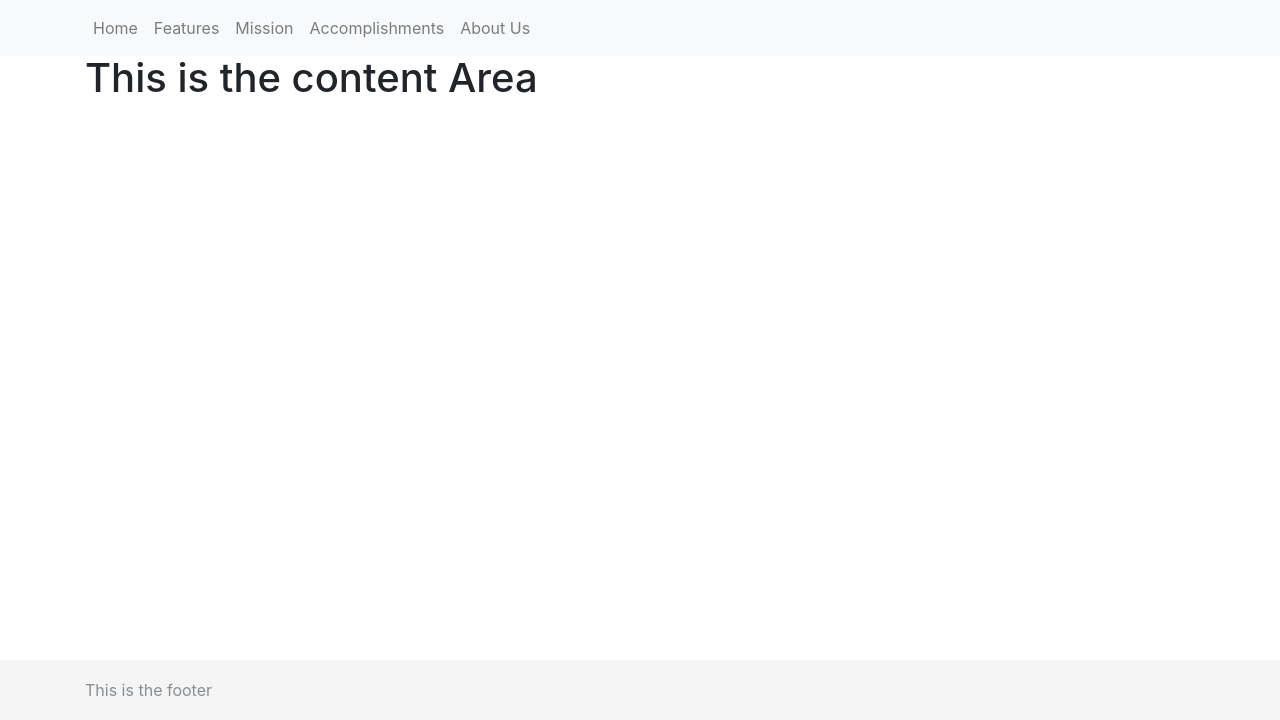
Repository: vipulx44/Prayas-Seva
Page: http://localhost/
These files come from the project's save history. The page is drawn as it stood at one moment and after the next save; the edit follows.
The browser window is 1280 px wide. The pictures show the whole page.
Some web libraries are served in a nearby version. The page is run by PHP 8.4 with error messages shown; the project is at /var/www/html/.

Above is the page before, as saved 2017-09-23 18:11:15.

After the next save:
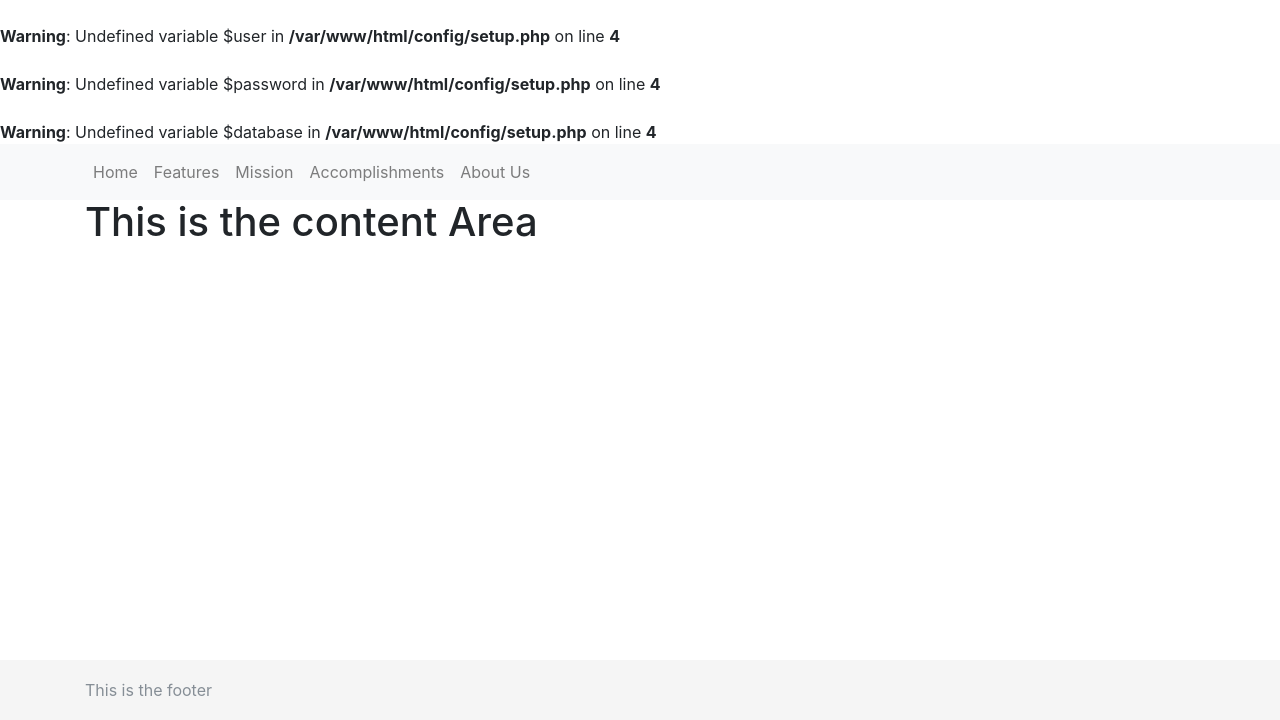
Saved 3 min 27 s later.
--- a/Prayasfirst/config/setup.php
+++ b/Prayasfirst/config/setup.php
@@ -1,12 +1,7 @@
 <?php
 //setup file
-#setup file
-/* setup
- *
- *
- *
- * file
- */
+
+$dbc = mysqli_connect('localhost', $user, $password, $database);
 
 $site_title='Prayas Seva Sanstha';
 $page_title='Home Page';

After the save that followed:
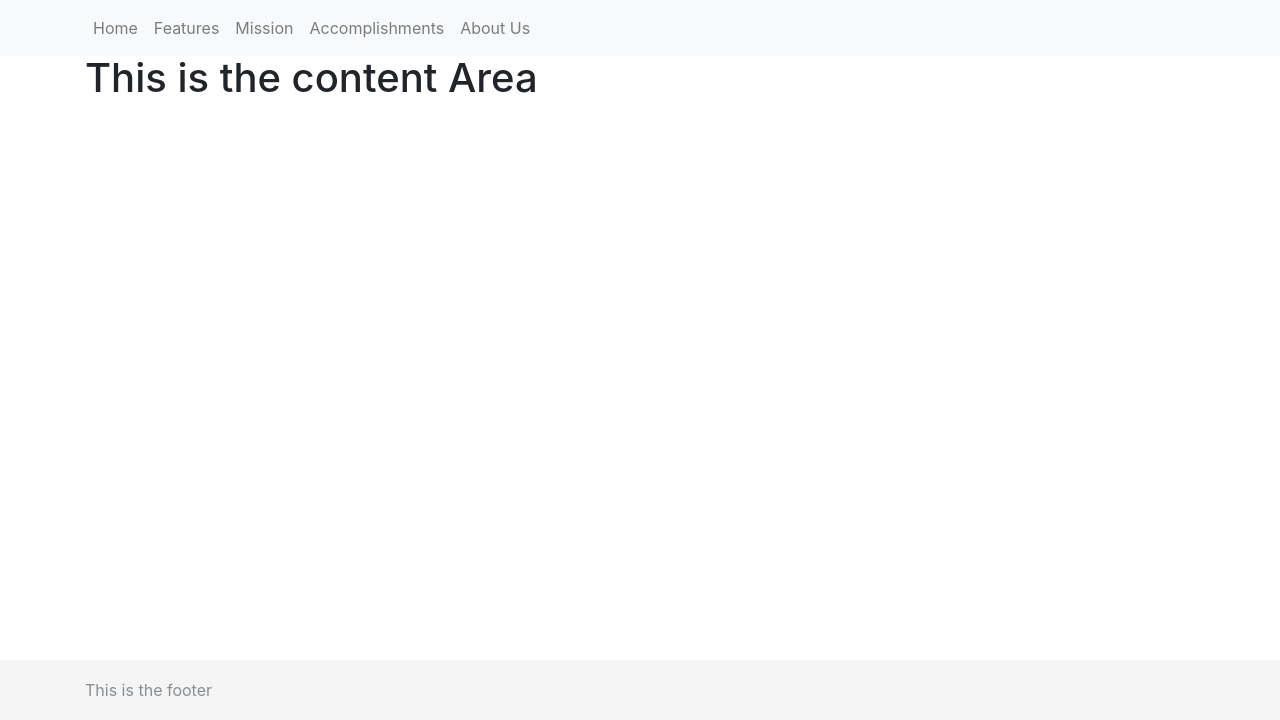
Saved 45 s later.
--- a/Prayasfirst/config/setup.php
+++ b/Prayasfirst/config/setup.php
@@ -1,7 +1,7 @@
 <?php
 //setup file
 
-$dbc = mysqli_connect('localhost', $user, $password, $database);
+$dbc = mysqli_connect('localhost','usename','password','databasename');
 
 $site_title='Prayas Seva Sanstha';
 $page_title='Home Page';
